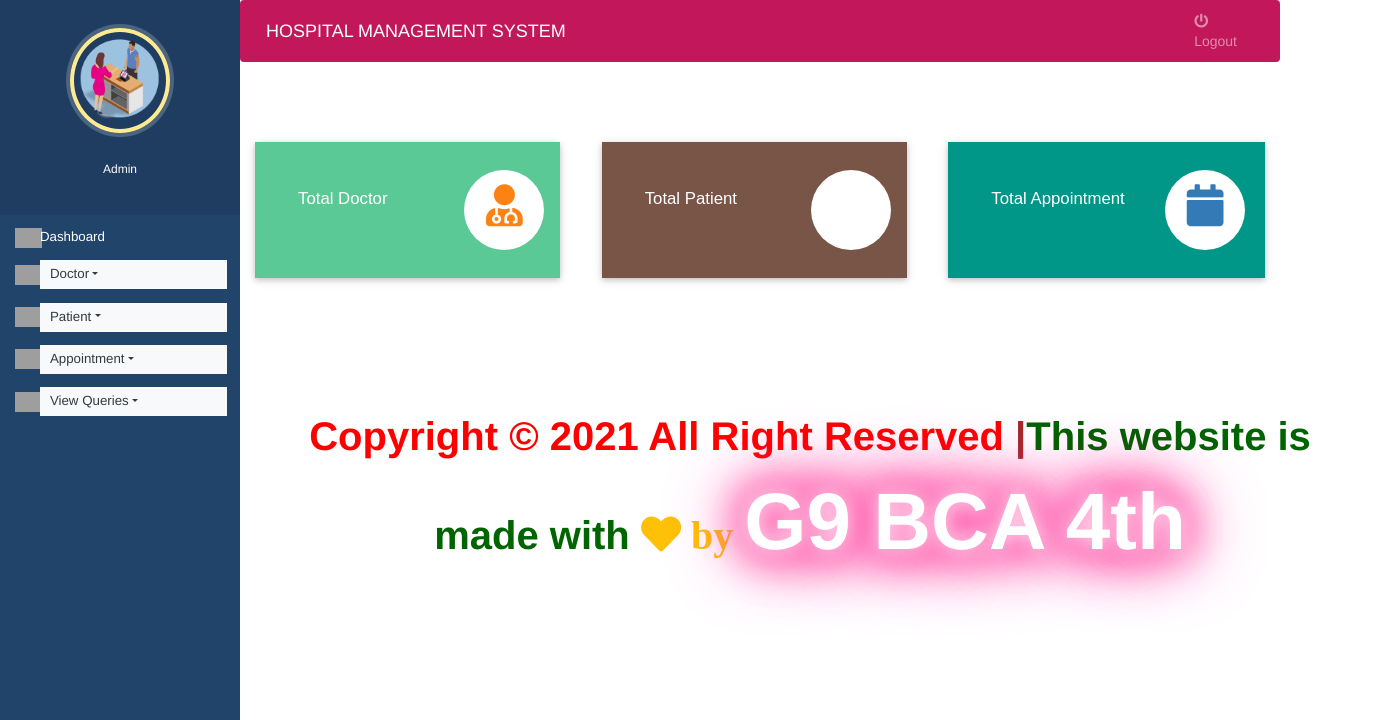
Repository: Rojinachhetri/HospitalManagementsystem
Page: hospitals/templates/admin_home.html
These files come from the project's save history. The page is drawn as it stood at one moment and after the next save; the edit follows.
The browser window is 1280 px wide. The page is 1380 px wide, so the pictures cover 1380 px, including what lies to the right of the window. The pictures show the whole page.
Pictures or frames that could not be fetched are drawn as grey boxes. Some web libraries are served in a nearby version. The page is served by the project's application, run on Django 3.2 (manage.py). Other server files are loaded and not shown. The template is opened directly, without the code that normally fills it, so the values that code supplies are empty.

Above is the page before, as saved 2023-07-15 21:23:41.

### hospitals/templates/admin_home.html
{% extends 'admin_nav.html' %} {% load static %} {% block content %}

<html lang="en" dir="ltr">

<head>
    <meta charset="utf-8">

    <style media="screen">
        .market-update-block {
            padding: 2em 2em;
            background: #999;
        }

        .market-update-block h3 {
            color: #fff;
            font-size: 2.5em;
            font-family: 'Carrois Gothic', sans-serif;
        }

        .market-update-block h4 {
            font-size: 1.2em;
            color: #fff;
            margin: 0.3em 0em;
            font-family: 'Carrois Gothic', sans-serif;
        }

        .market-update-block p {
            color: #fff;
            font-size: 0.8em;
            line-height: 1.8em;
        }

        .market-update-block.clr-block-1 {
            background: #5BC995;
            margin-right: 0.8em;
            box-shadow: 0 2px 5px 0 rgba(0, 0, 0, 0.16), 0 2px 10px 0 rgba(0, 0, 0, 0.12);
            transition: 0.5s all;
            -webkit-transition: 0.5s all;
            -moz-transition: 0.5s all;
            -o-transition: 0.5s all;
        }

        .market-update-block.clr-block-2 {
            background: #795548;
            margin-right: 0.8em;
            box-shadow: 0 2px 5px 0 rgba(0, 0, 0, 0.16), 0 2px 10px 0 rgba(0, 0, 0, 0.12);
            transition: 0.5s all;
            -webkit-transition: 0.5s all;
            -moz-transition: 0.5s all;
            -o-transition: 0.5s all;
        }

        .market-update-block.clr-block-3 {
            background: #009688;
            box-shadow: 0 2px 5px 0 rgba(0, 0, 0, 0.16), 0 2px 10px 0 rgba(0, 0, 0, 0.12);
            transition: 0.5s all;
            -webkit-transition: 0.5s all;
            -moz-transition: 0.5s all;
            -o-transition: 0.5s all;
        }

        .market-update-block.clr-block-1:hover {
            background: #3C3C3C;
            transition: 0.5s all;
            -webkit-transition: 0.5s all;
            -moz-transition: 0.5s all;
            -o-transition: 0.5s all;
        }

        .market-update-block.clr-block-2:hover {
            background: #3C3C3C;
            transition: 0.5s all;
            -webkit-transition: 0.5s all;
            -moz-transition: 0.5s all;
            -o-transition: 0.5s all;
        }

        .market-update-block.clr-block-3:hover {
            background: #3C3C3C;
            transition: 0.5s all;
            -webkit-transition: 0.5s all;
            -moz-transition: 0.5s all;
            -o-transition: 0.5s all;
        }

        .market-update-right i.fa.fa-user-o {
            font-size: 3em;
            color: #68AE00;
            width: 80px;
            height: 80px;
            background: #fff;
            text-align: center;
            border-radius: 49px;
            -webkit-border-radius: 49px;
            -moz-border-radius: 49px;
            -o-border-radius: 49px;
            line-height: 1.7em;
        }

        .market-update-right i.fa.fa-user-md {
            font-size: 3em;
            color: #FC8213;
            width: 80px;
            height: 80px;
            background: #fff;
            text-align: center;
            border-radius: 49px;
            -webkit-border-radius: 49px;
            -moz-border-radius: 49px;
            -o-border-radius: 49px;
            line-height: 1.7em;
        }

        .market-update-right i.fa.fa-calendar {
            font-size: 3em;
            color: #337AB7;
            width: 80px;
            height: 80px;
            background: #fff;
            text-align: center;
            border-radius: 49px;
            -webkit-border-radius: 49px;
            -moz-border-radius: 49px;
            -o-border-radius: 49px;
            line-height: 1.7em;
        }

        .market-update-left {
            padding: 0px;
        }

        .glow {
            font-size: 80px;
            color: #fff;
            text-align: center;
            -webkit-animation: glow 1s ease-in-out infinite alternate;
        }

        @-webkit-keyframes glow {
            from {
                text-shadow: 0 0 10px #fff, 0 0 20px #fff, 0 0 30px #e60073, 0 0 40px #e60073, 0 0 50px #e60073, 0 0 60px #e60073, 0 0 70px #e60073;
            }
            to {
                text-shadow: 0 0 20px #fff, 0 0 30px #ff4da6, 0 0 40px #ff4da6, 0 0 50px #ff4da6, 0 0 60px #ff4da6, 0 0 70px #ff4da6, 0 0 80px #ff4da6;
            }
        }
    </style>
    <link rel="stylesheet" href="https://maxcdn.bootstrapcdn.com/bootstrap/3.4.1/css/bootstrap.min.css">
    <script src="https://ajax.googleapis.com/ajax/libs/jquery/3.5.1/jquery.min.js"></script>
    <script src="https://maxcdn.bootstrapcdn.com/bootstrap/3.4.1/js/bootstrap.min.js"></script>
    <link rel="stylesheet" href="https://cdnjs.cloudflare.com/ajax/libs/font-awesome/4.7.0/css/font-awesome.min.css">
    <link rel="stylesheet" href="https://use.fontawesome.com/releases/v5.6.3/css/all.css" integrity="sha384-UHRtZLI+pbxtHCWp1t77Bi1L4ZtiqrqD80Kn4Z8NTSRyMA2Fd33n5dQ8lWUE00s/" crossorigin="anonymous">
</head>

<body>
    <br><br><br>
    <div class="market-updates">
        <div class="col-md-4 market-update-gd">
            <div class="market-update-block clr-block-1">
                <div class="col-md-8 market-update-left">
                    <h3>{{dc}}</h3>
                    <h4><a href="{% url 'view_doctor' %}" style="color : white">Total Doctor</a></h4>

                </div>
                <div class="col-md-4 market-update-right">
                    <i class="fa fa-user-md"></i>
                </div>
                <div class="clearfix"> </div>
            </div>
        </div>
        <div class="col-md-4 market-update-gd">
            <div class="market-update-block clr-block-2">
                <div class="col-md-8 market-update-left">
                    <h3>{{pc}}</h3>
                    <h4><a href="{% url 'view_patient' %}" style="color : white;">Total Patient</a></h4>

                </div>
                <div class="col-md-4 market-update-right">
                    <i class="fa fa-user-o"></i>
                </div>
                <div class="clearfix"> </div>
            </div>
        </div>
        <div class="col-md-4 market-update-gd">
            <div class="market-update-block clr-block-3">
                <div class="col-md-8 market-update-left">
                    <h3>{{ac}}</h3>
                    <h4><a href="{% url 'view_appointment' %}" style="color : white">Total Appointment</a></h4>

                </div>
                <div class="col-md-4 market-update-right">
                    <i class="fa fa-calendar"> </i>
                </div>
                <div class="clearfix"> </div>
            </div>
        </div>
        <div class="clearfix"> </div>
    </div>

    <br><br><br><br><br>
    <footer class="container mt-5 text-center">
        <p style="font-size: 30pt; color: red; font-weight: bold">
            Copyright &copy;
            <script>
                document.write(new Date().getFullYear());
            </script>
            All Right Reserved <span style="color: brown">|</span><span style="color: #006400">This website is made with <i
				class="fas fa-heart icon-heart text-warning"> by </i></span>
            <a class="glow" href="#" target="_blank">G9 BCA 4th</a></p>
    </footer>

</body>

</html>
{% endblock content %}

### hospitals/templates/admin_nav.html
<!DOCTYPE html>
{% load static %}
<html lang="en">

<head>
  <meta charset="UTF-8">
  <link rel="stylesheet" href="https://stackpath.bootstrapcdn.com/bootstrap/4.3.1/css/bootstrap.min.css">
  <link rel="stylesheet" href="https://maxcdn.bootstrapcdn.com/font-awesome/4.7.0/css/font-awesome.min.css">
  <script src="https://ajax.googleapis.com/ajax/libs/jquery/3.3.1/jquery.min.js"></script>
  <script src="https://cdnjs.cloudflare.com/ajax/libs/popper.js/1.14.7/umd/popper.min.js"></script>
  <script src="https://stackpath.bootstrapcdn.com/bootstrap/4.3.1/js/bootstrap.min.js"></script>


  <link rel="stylesheet" href="{% static 'style.css' %}">


  <style media="screen">
    a:link {
      text-decoration: none;
    }

    a {
      color: white;
    }

    a:hover {
      color: white;
    }

    body {

      padding-left: 240px;
    }
    main {
      position: relative;
      height: 100vh;
    }

    .menu {
      background: #21446B;
      height: 100vh;
      width: 240px;
      position: fixed;
      top: 0px;
      left: 0;
      z-index: 5;
      outline: none;
    }
    .menu .avatar {
      background: rgba(0, 0, 0, 0.1);
      padding: 2em 0.5em;
      text-align: center;
    }
    .menu .avatar img {
      width: 100px;
      border-radius: 50%;
      overflow: hidden;
      border: 4px solid #ffea92;
      box-shadow: 0 0 0 4px rgba(255, 255, 255, 0.2);
    }
    .menu .avatar h2 {
      font-weight: normal;
      margin-bottom: 0;
    }
    .menu ul {
      list-style: none;
      padding: 0.5em 0;
      margin: 0;
    }
    .menu ul li {
      padding: 0.5em 1em 0.5em 3em;
      font-size: 0.95em;
      font-weight: regular;
      background-repeat: no-repeat;
      background-position: left 15px center;
      background-size: auto 20px;
      transition: all 0.15s linear;
      cursor: pointer;
    }
    .menu ul li.icon-dashboard {
      background-image: url("http://www.entypo.com/images//gauge.svg");
    }
    .menu ul li.icon-customers {
      background-image: url("http://www.entypo.com/images//briefcase.svg");
    }
    .menu ul li.icon-users {
      background-image: url("http://www.entypo.com/images//users.svg");
    }
    .menu ul li.icon-calendar {
      background-image: url("http://www.entypo.com/images//calendar.svg");
    }

    .menu ul li:hover {
      background-color: rgba(0, 0, 0, 0.1);
    }
    .menu ul li:focus {
      outline: none;
    }
    @media screen and (max-width: 900px) and (min-width: 400px) {
      body {
        padding-left: 90px;
      }
      .menu {
        width: 90px;
      }
      .menu .avatar {
        padding: 0.5em;
        position: relative;
      }
      .menu .avatar img {
        width: 60px;
      }
      .menu .avatar h2 {
        opacity: 0;
        position: absolute;
        top: 50%;
        left: 100px;
        margin: 0;
        min-width: 200px;
        border-radius: 4px;
        background: rgba(0, 0, 0, 0.4);
        transform: translate3d(-20px, -50%, 0);
        transition: all 0.15s ease-in-out;
      }
      .menu .avatar:hover h2 {
        opacity: 1;
        transform: translate3d(0px, -50%, 0);
      }
      .menu ul li {
        height: 60px;
        background-position: center center;
        background-size: 30px auto;
        position: relative;
      }
      .menu ul li span {
        opacity: 0;
        position: absolute;
        background: rgba(0, 0, 0, 0.5);
        padding: 0.2em 0.5em;
        border-radius: 4px;
        top: 50%;
        left: 80px;
        transform: translate3d(-15px, -50%, 0);
        transition: all 0.15s ease-in-out;
      }
      .menu ul li span:before {
        content: '';
        width: 0;
        height: 0;
        position: absolute;
        top: 50%;
        left: -5px;
        border-top: 5px solid transparent;
        border-bottom: 5px solid transparent;
        border-right: 5px solid rgba(0, 0, 0, 0.5);
        transform: translateY(-50%);
      }
      .menu ul li:hover span {
        opacity: 1;
        transform: translate3d(0px, -50%, 0);
      }
    }
    @media screen and (max-width: 400px) {
      body {
        padding-left: 0;
      }
      .menu {
        width: 230px;
        box-shadow: 0 0 0 100em rgba(0, 0, 0, 0);
        transform: translate3d(-230px, 0, 0);
        transition: all 0.3s ease-in-out;
      }
      .menu .smartphone-menu-trigger {
        width: 40px;
        height: 40px;
        position: absolute;
        left: 100%;
        background: #21446B;
      }
      .menu .smartphone-menu-trigger:before,
      .menu .smartphone-menu-trigger:after {
        content: '';
        width: 50%;
        height: 2px;
        background: #fff;
        border-radius: 10px;
        position: absolute;
        top: 45%;
        left: 50%;
        transform: translate3d(-50%, -50%, 0);
      }
      .menu .smartphone-menu-trigger:after {
        top: 55%;
        transform: translate3d(-50%, -50%, 0);
      }
      .menu ul li {
        padding: 1em 1em 1em 3em;
        font-size: 1.2em;
      }
      .menu:focus {
        transform: translate3d(0, 0, 0);
        box-shadow: 0 0 0 100em rgba(0, 0, 0, 0.6);
      }
      .menu:focus .smartphone-menu-trigger {
        pointer-events: none;
      }
    }

  </style>
</head>
<body>
  <!-- partial:index.partial.html -->
  <nav class="menu" tabindex="0">
    <div class="smartphone-menu-trigger"></div>
    <header class="avatar">
      <img src="{% static 'images/h8.png' %}" />
      <br><br>
      <h6 style="color : white">Admin</h6>

    </header>
    <ul>
      <li tabindex="0" class="icon-dashboard"> <a style="color:white; text-decoration:none;" href="{% url 'admin_home' %}"><span>Dashboard</span></a> </li>

      <li tabindex="0" class="nav-item dropdown icon-customers">
        <a href="" class="nav-link dropdown-toggle text-dark bg-light" id="navbardrop"
				data-toggle="dropdown" style="color:white; text-decoration:none;"> Doctor</a>
				<div class="dropdown-menu">
					<a href="{% url 'add_doctor' %}" class="dropdown-item">Add Doctor</a>
					<a href="{% url 'view_doctor' %}" class="dropdown-item">View Doctor</a>
				</div>
      </li>

      <li tabindex="0" class="nav-item dropdown icon-users">
        <a href="" class="nav-link dropdown-toggle text-dark bg-light" id="navbardrop"
				data-toggle="dropdown" style="color:white; text-decoration:none;"> Patient</a>
				<div class="dropdown-menu">
					<a href="{% url 'add_patient' %}" class="dropdown-item">Add Patient</a>
					<a href="{% url 'view_patient' %}" class="dropdown-item">View Patient</a>
				</div>
      </li>

      <li tabindex="0" class="nav-item dropdown icon-calendar">
        <a href="" class="nav-link dropdown-toggle text-dark bg-light" id="navbardrop"
				data-toggle="dropdown" style="color:white; text-decoration:none;"> Appointment</a>
				<div class="dropdown-menu">
					<a href="{% url 'add_appointment' %}" class="dropdown-item">Add Appointment</a>
					<a href="{% url 'view_appointment' %}" class="dropdown-item">View Appointment</a>
				</div>
      </li>

        <li tabindex="0" class="nav-item dropdown icon-calendar">
        <a href="" class="nav-link dropdown-toggle text-dark bg-light" id="navbardrop"
				data-toggle="dropdown" style="color:white; text-decoration:none;"> View Queries</a>
				<div class="dropdown-menu">
					<a href="{% url 'unread_queries' %}" class="dropdown-item">Unread Queries</a>
					<a href="{% url 'read_queries' %}" class="dropdown-item">Read Queries</a>
				</div>
      </li>
    </ul>
  </nav>

  <main>
    <!-- nav start -->
    <div class="bs-example">
      <nav class="navbar navbar-expand-md  navbar-dark fixed-top" style="background:#c2185b;">
        <a href="#" class="navbar-brand">HOSPITAL MANAGEMENT SYSTEM</a>
        <button type="button" class="navbar-toggler" data-toggle="collapse" data-target="#navbarCollapse">
          <span class="navbar-toggler-icon"></span>
        </button>
        <div class="collapse navbar-collapse justify-content-between" id="navbarCollapse">
          <div class="navbar-nav" style=" margin-left: 90%;">

            <a href="{% url 'logout' %}" class="nav-item nav-link"><i class="fas fa-power-off"></i> Logout</a>
          </div>
        </div>
      </nav>
    </div>
    <!-- nav end -->

    <!-- content start-->
    {% block content %}

    {% endblock content %}
    <!-- content end-->
  </main>
</body>
</html>

### HospitalManagementSystem/urls.py
"""HospitalManagementSystem URL Configuration

The `urlpatterns` list routes URLs to views. For more information please see:
    https://docs.djangoproject.com/en/3.2/topics/http/urls/
Examples:
Function views
    1. Add an import:  from my_app import views
    2. Add a URL to urlpatterns:  path('', views.home, name='home')
Class-based views
    1. Add an import:  from other_app.views import Home
    2. Add a URL to urlpatterns:  path('', Home.as_view(), name='home')
Including another URLconf
    1. Import the include() function: from django.urls import include, path
    2. Add a URL to urlpatterns:  path('blog/', include('blog.urls'))
"""
from django.contrib import admin
from django.urls import path
from hospitals.views import *

urlpatterns = [
    path('admin/', admin.site.urls),
    path('about/', About, name="about"),
    path('',Index,name='index'),
    path('contact', contact, name='contact'),
    path('login', adminlogin, name='login'),
    path('admin_home', admin_home, name='admin_home'),
    path('logout', Logout, name='logout'),
    path('add_doctor', add_doctor, name='add_doctor'),
    path('view_doctor', view_doctor, name='view_doctor'),
    path('delete_doctor/<int:pid>', Delete_Doctor, name='delete_doctor'),
    path('add_patient', add_patient, name='add_patient'),
    path('view_patient', view_patient, name='view_patient'),
    path('delete_patient/<int:pid>', Delete_Patient, name='delete_patient'),
    path('add_appointment', add_appointment, name='add_appointment'),
    path('view_appointment', view_appointment, name='view_appointment'),
    path('delete_appointment/<int:pid>', Delete_Appointment, name='delete_appointment'),
    path('edit_doctor/<int:pid>',edit_doctor,name='edit_doctor'),
    path('edit_patient/<int:pid>',edit_patient,name='edit_patient'),
    path('unread_queries', unread_queries, name='unread_queries'),
    path('read_queries', read_queries, name='read_queries'),
    path('view_queries/<int:pid>', view_queries, name='view_queries'),

]

### hospitals/static/style.css
body {
  padding-left: 240px;
}
main {
  position: relative;
  height: 100vh;
}

.menu {
  background: #21446B;
  height: 100vh;
  width: 240px;
  position: fixed;
  top: 0px;
  left: 0;
  z-index: 5;
  outline: none;
}
.menu .avatar {
  background: rgba(0, 0, 0, 0.1);
  padding: 2em 0.5em;
  text-align: center;
}
.menu .avatar img {
  width: 100px;
  border-radius: 50%;
  overflow: hidden;
  border: 4px solid #ffea92;
  box-shadow: 0 0 0 4px rgba(255, 255, 255, 0.2);
}
.menu .avatar h2 {
  font-weight: normal;
  margin-bottom: 0;
}
.menu ul {
  list-style: none;
  padding: 0.5em 0;
  margin: 0;
}
.menu ul li {
  padding: 0.5em 1em 0.5em 3em;
  font-size: 0.95em;
  font-weight: regular;
  background-repeat: no-repeat;
  background-position: left 15px center;
  background-size: auto 20px;
  transition: all 0.15s linear;
  cursor: pointer;
}
.menu ul li.icon-dashboard {
  background-image: url("http://www.entypo.com/images//gauge.svg");
}
.menu ul li.icon-customers {
  background-image: url("http://www.entypo.com/images//briefcase.svg");
}
.menu ul li.icon-users {
  background-image: url("http://www.entypo.com/images//users.svg");
}
.menu ul li.icon-calendar {
  background-image: url("http://www.entypo.com/images//calendar.svg");
}

.menu ul li:hover {
  background-color: rgba(0, 0, 0, 0.1);
}
.menu ul li:focus {
  outline: none;
}
@media screen and (max-width: 900px) and (min-width: 400px) {
  body {
    padding-left: 90px;
  }
  .menu {
    width: 90px;
  }
  .menu .avatar {
    padding: 0.5em;
    position: relative;
  }
  .menu .avatar img {
    width: 60px;
  }
  .menu .avatar h2 {
    opacity: 0;
    position: absolute;
    top: 50%;
    left: 100px;
    margin: 0;
    min-width: 200px;
    border-radius: 4px;
    background: rgba(0, 0, 0, 0.4);
    transform: translate3d(-20px, -50%, 0);
    transition: all 0.15s ease-in-out;
  }
  .menu .avatar:hover h2 {
    opacity: 1;
    transform: translate3d(0px, -50%, 0);
  }
  .menu ul li {
    height: 60px;
    background-position: center center;
    background-size: 30px auto;
    position: relative;
  }
  .menu ul li span {
    opacity: 0;
    position: absolute;
    background: rgba(0, 0, 0, 0.5);
    padding: 0.2em 0.5em;
    border-radius: 4px;
    top: 50%;
    left: 80px;
    transform: translate3d(-15px, -50%, 0);
    transition: all 0.15s ease-in-out;
  }
  .menu ul li span:before {
    content: '';
    width: 0;
    height: 0;
    position: absolute;
    top: 50%;
    left: -5px;
    border-top: 5px solid transparent;
    border-bottom: 5px solid transparent;
    border-right: 5px solid rgba(0, 0, 0, 0.5);
    transform: translateY(-50%);
  }
  .menu ul li:hover span {
    opacity: 1;
    transform: translate3d(0px, -50%, 0);
  }
}
@media screen and (max-width: 400px) {
  body {
    padding-left: 0;
  }
  .menu {
    width: 230px;
    box-shadow: 0 0 0 100em rgba(0, 0, 0, 0);
    transform: translate3d(-230px, 0, 0);
    transition: all 0.3s ease-in-out;
  }
  .menu .smartphone-menu-trigger {
    width: 40px;
    height: 40px;
    position: absolute;
    left: 100%;
    background: #21446B;
  }
  .menu .smartphone-menu-trigger:before,
  .menu .smartphone-menu-trigger:after {
    content: '';
    width: 50%;
    height: 2px;
    background: #fff;
    border-radius: 10px;
    position: absolute;
    top: 45%;
    left: 50%;
    transform: translate3d(-50%, -50%, 0);
  }
  .menu .smartphone-menu-trigger:after {
    top: 55%;
    transform: translate3d(-50%, -50%, 0);
  }
  .menu ul li {
    padding: 1em 1em 1em 3em;
    font-size: 1.2em;
  }
  .menu:focus {
    transform: translate3d(0, 0, 0);
    box-shadow: 0 0 0 100em rgba(0, 0, 0, 0.6);
  }
  .menu:focus .smartphone-menu-trigger {
    pointer-events: none;
  }
}

After the next save:
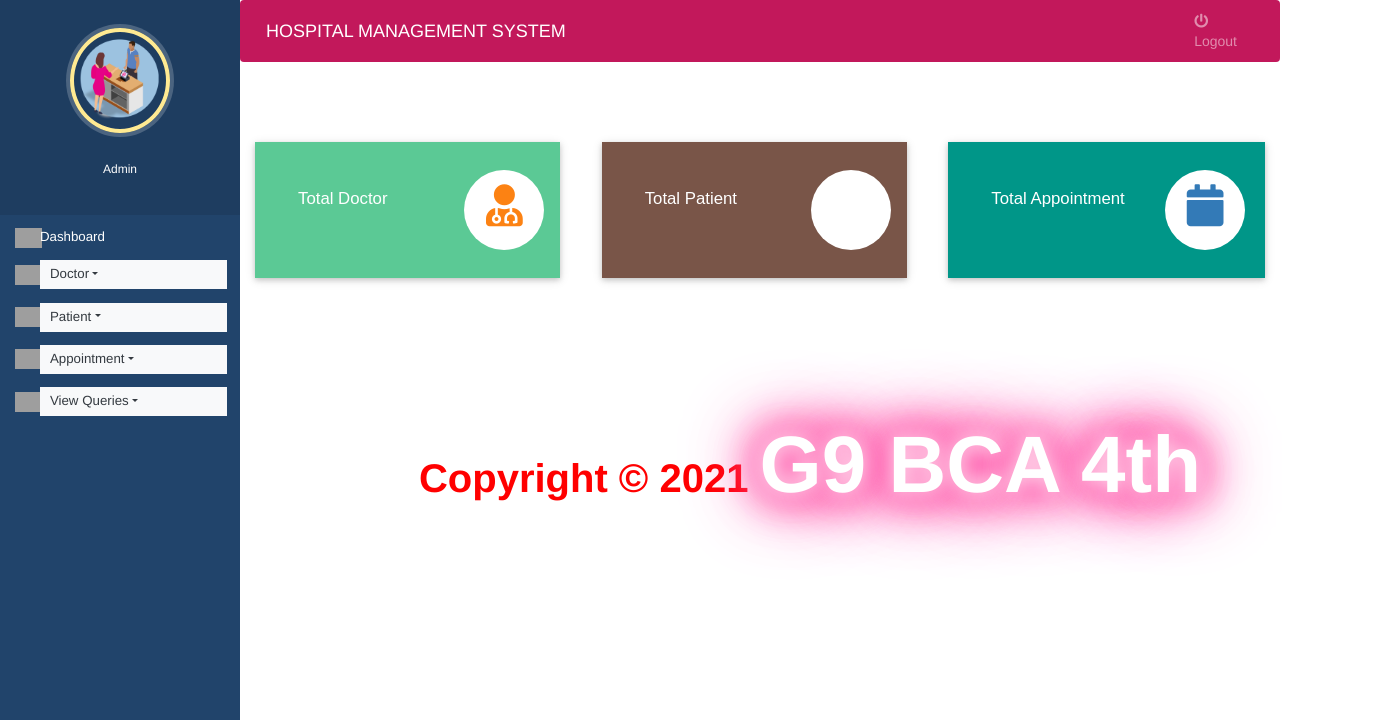
Saved 23 s later.
--- a/hospitals/templates/admin_home.html
+++ b/hospitals/templates/admin_home.html
@@ -204,8 +204,7 @@
             <script>
                 document.write(new Date().getFullYear());
             </script>
-            All Right Reserved <span style="color: brown">|</span><span style="color: #006400">This website is made with <i
-				class="fas fa-heart icon-heart text-warning"> by </i></span>
+
             <a class="glow" href="#" target="_blank">G9 BCA 4th</a></p>
     </footer>
 
